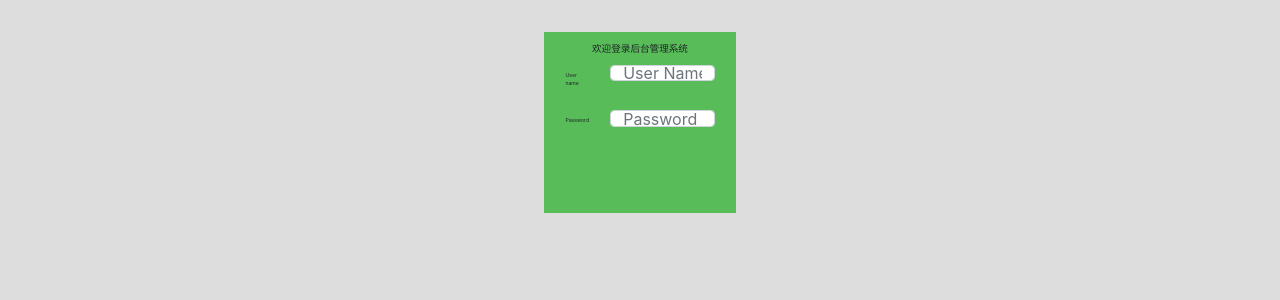
Repository: gzh51904/baiyangApp
Page: / (app in houtai/Vue-admin/)
An editor plug-in stored every save of this project. The page is shown before and after the next save, followed by the edit.
The browser window is 1280 px wide. The pictures show the whole page.
The project was rebuilt for these pictures with package versions that can differ from the ones it lists, and the page was loaded fresh each time. Also part of the build but not shown: houtai/Vue-admin/vue.config.js.

Above is the page before, as saved 2019-05-11 10:30:08.

After the next save:
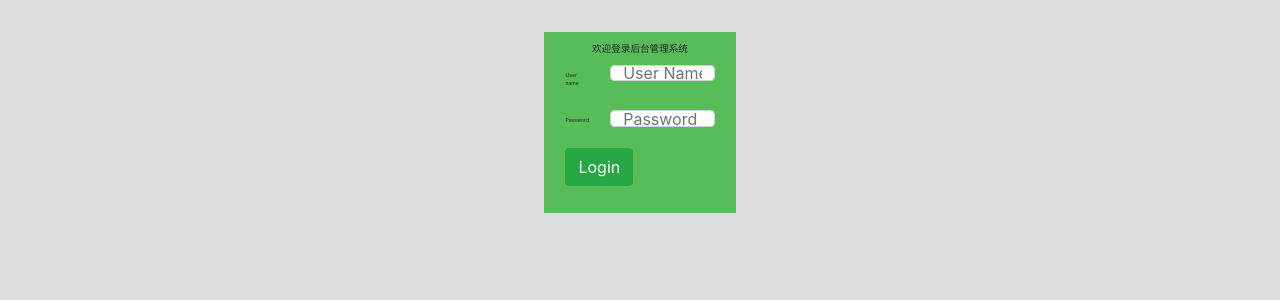
Saved 44 s later.
--- a/houtai/Vue-admin/src/pages/login.vue
+++ b/houtai/Vue-admin/src/pages/login.vue
@@ -15,6 +15,7 @@
       <input type="password" class="form-control" id="inputPassword" placeholder="Password">
     </div>
   </div>
+  <button type="button" class="btn btn-success">Login</button>
 </form>
 
 
